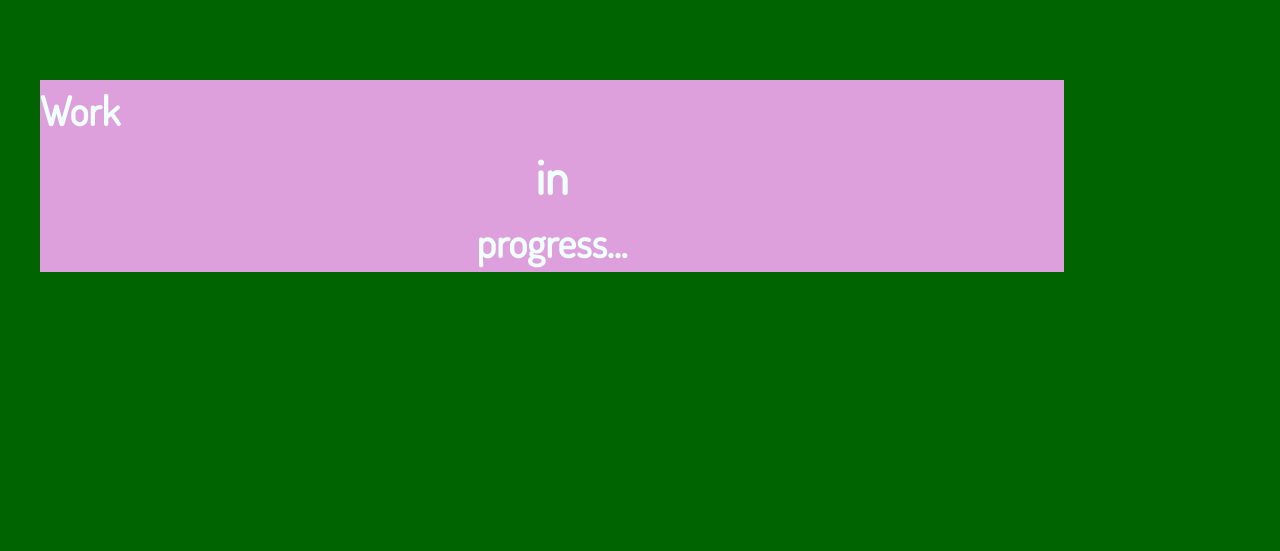
Repository: NollieChtn6/NollieChtn6.github.io
Page: index.html
These files come from the project's save history. The page is drawn as it stood at one moment and after the next save; the edit follows.
The browser window is 1280 px wide. The pictures show the whole page.

Above is the page before, as saved 2023-11-10 18:11:14.

After the next save:
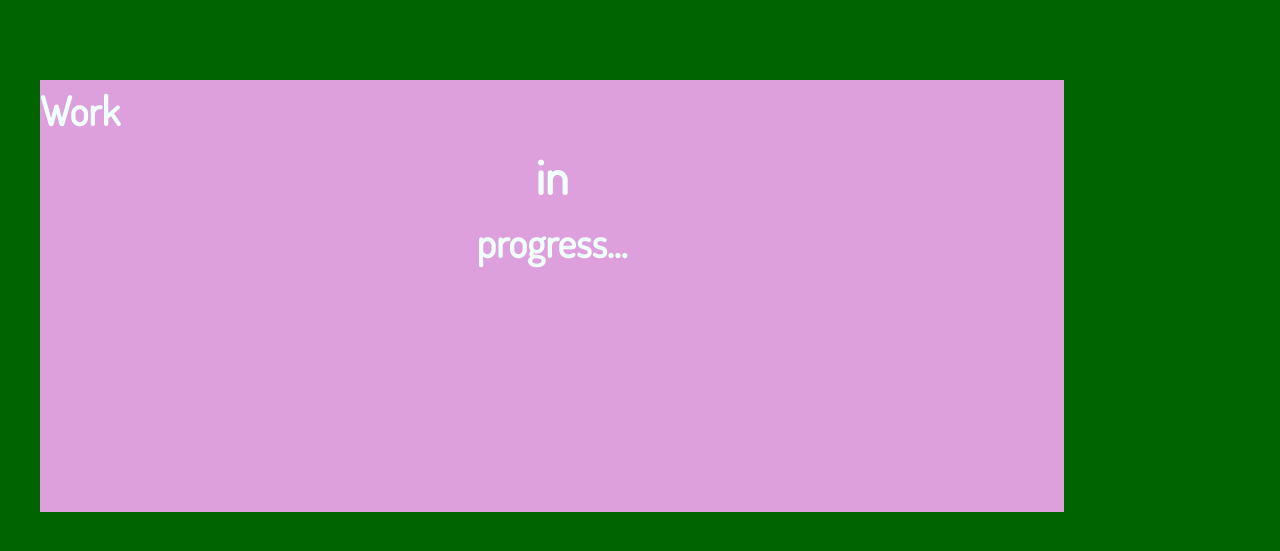
Saved 38 s later.
--- a/css/style.css
+++ b/css/style.css
@@ -55,6 +55,7 @@ h1 {
   display: flex;
   flex-direction: column;
   width: 80vw;
+  height: 60vh;
   font-size: 4rem;
   background-color: plum;
   color: azure;
